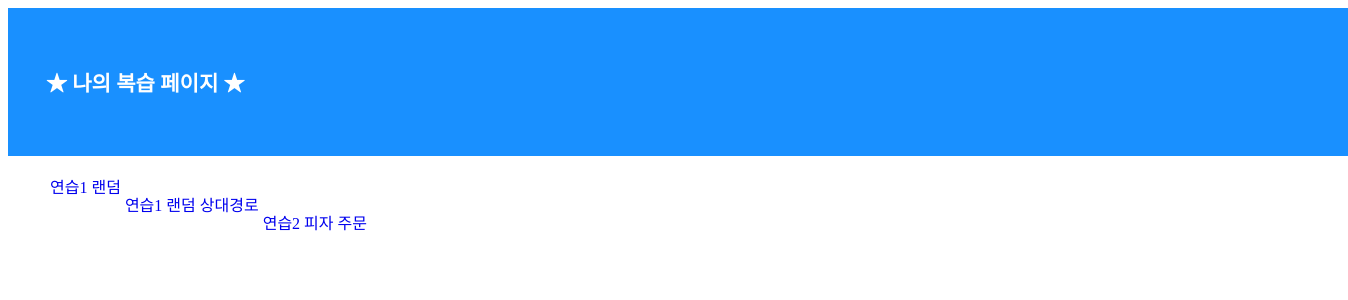
Repository: yoonseo0832/workspace
Page: 05_server/00_Practice/src/main/webapp/index.html
These files come from the project's save history. The page is drawn as it stood at one moment and after the next save; the edit follows.
The browser window is 1280 px wide. The page is 1348 px wide, so the pictures cover 1348 px, including what lies to the right of the window. The pictures show the whole page.

Above is the page before, as saved 2025-03-20 06:50:56.

### 05_server/00_Practice/src/main/webapp/index.html
<!DOCTYPE html>
<html>
<head>
<meta charset="UTF-8">
<title>Insert title here</title>
<style>
	header { width: 100%; padding: 3%; background-color: #1990ff; color: #fff; font-size: large; }

	nav ul { list-style-type: none; }
	nav ul li { float: left; padding:2px; }
	nav ul li:hover { background-color: #1990ff; color:#fff; border: 1px solid #fff; }
	nav ul li a { text-decoration: none; cursor: pointer; }
</style>
</head>
<body>
	<header>
		<h3>★ 나의 복습 페이지 ★</h3>
	</header>
	<nav>
		<ul>
			<!-- TODO: practice1_random.html 파일로 이동하기 위한 링크 생성 -->
			<li><a href="/practice/views/practice1_random.html">연습1 랜덤</a></li>
			<br>
			<li><a href="views/practice1_random.html">연습1 랜덤 상대경로</a></li>
			<br>
			<li><a href="views/pizzaOrder.jsp">연습2 피자 주문</a></li>
		</ul>
	</nav>
</body>
</html>

After the next save:
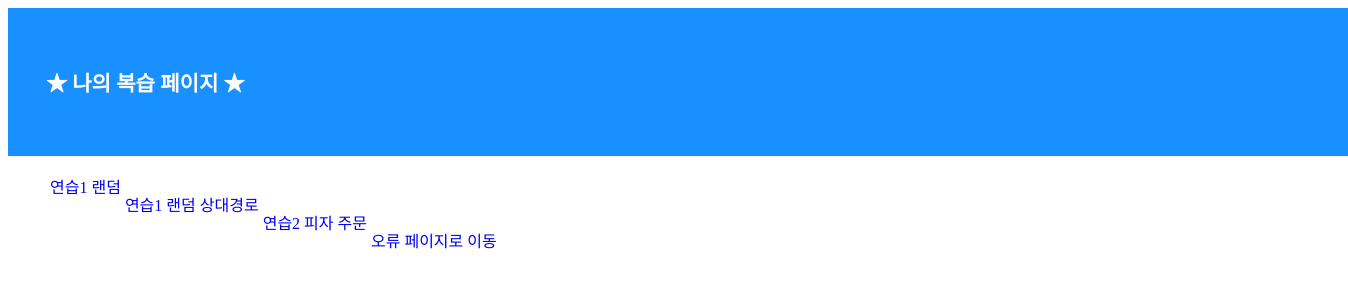
Saved 17 h 13 min later.
--- a/05_server/00_Practice/src/main/webapp/index.html
+++ b/05_server/00_Practice/src/main/webapp/index.html
@@ -24,6 +24,8 @@
 			<li><a href="views/practice1_random.html">연습1 랜덤 상대경로</a></li>
 			<br>
 			<li><a href="views/pizzaOrder.jsp">연습2 피자 주문</a></li>
+			<br>
+			<li><a href="views/error_page_move.html">오류 페이지로 이동</a></li>
 		</ul>
 	</nav>
 </body>
